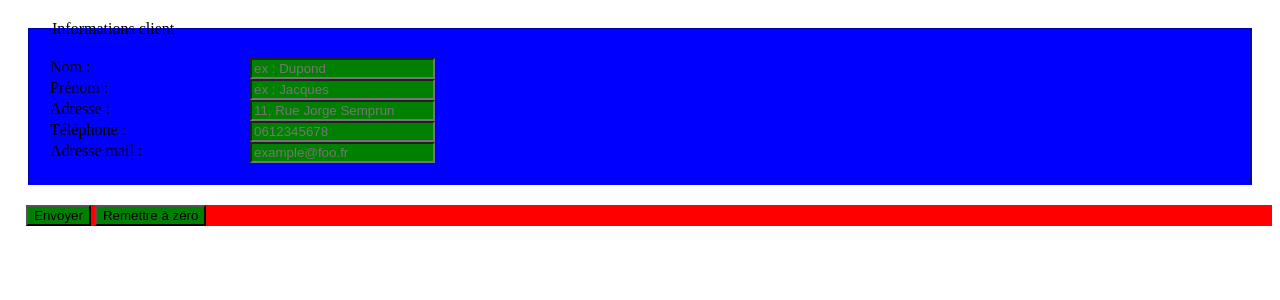
Repository: big73/NFE114
Page: http://localhost/Seance4-step1/
The author's editor kept a copy of each file at every save. The page is drawn from the files as they stood at one save, then again after the next save.
The browser window is 1280 px wide. The pictures show the whole page.
The page is served by Tomcat 9.

Above is the page before, as saved 2015-12-30 14:57:52.

After the next save:
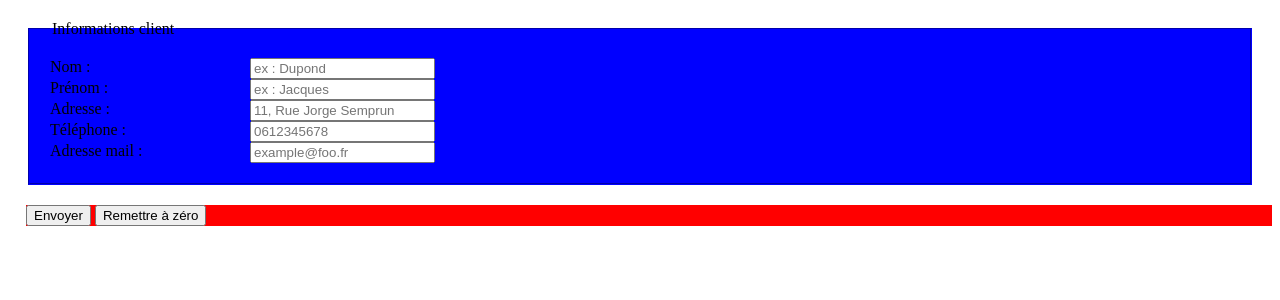
Saved 34 s later.
--- a/Seance4-step1/WebContent/css/style.css
+++ b/Seance4-step1/WebContent/css/style.css
@@ -11,17 +11,9 @@ fieldset {
     background-color: blue;
 }
 
-input
+
+form label
 {
-
-    background-color: green;
+    float: left;
+    width: 200px;
 }
-
-form label {
-
-    float: left;
-
-    width: 200px;
-
-
-}
